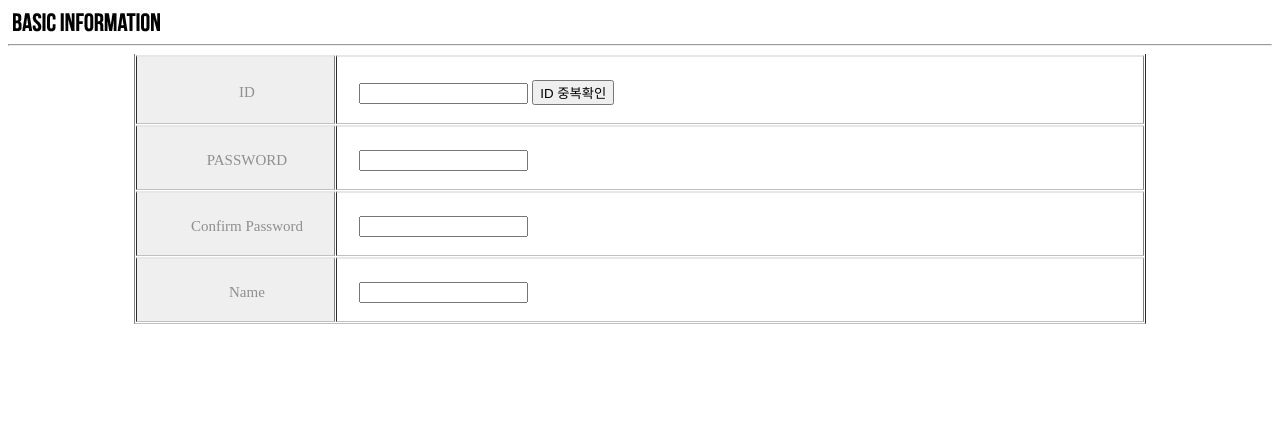
Repository: kminjoo/Making-website-using-JSP
Page: http://localhost/website_project/Register.jsp
The author's editor kept a copy of each file at every save. The page is drawn from the files as they stood at one save, then again after the next save.
The browser window is 1280 px wide. The pictures show the whole page.
The page is served by Tomcat 9.

Above is the page before, as saved 2015-07-21 14:09:00.

After the next save:
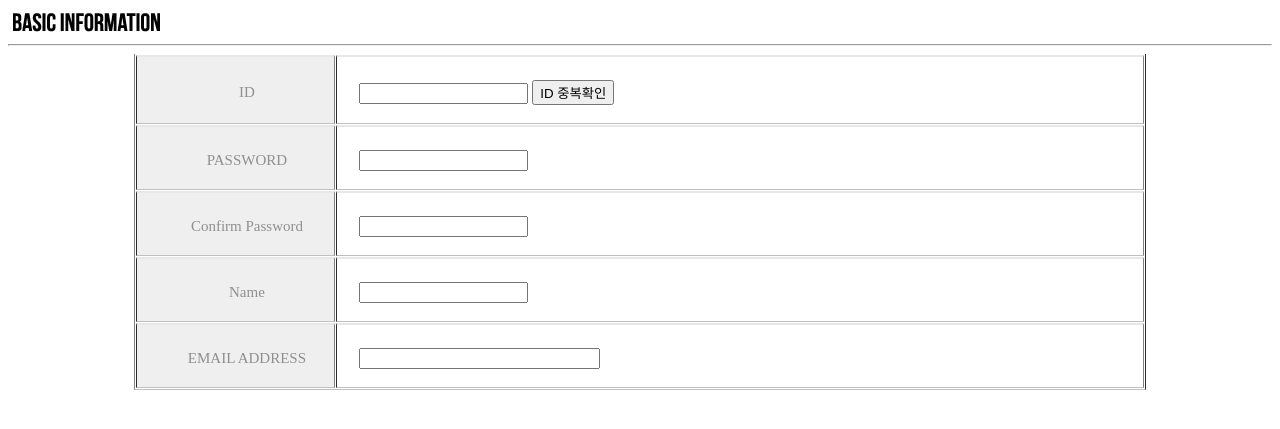
Saved 74 s later.
--- a/website_project/WebContent/Register.jsp
+++ b/website_project/WebContent/Register.jsp
@@ -31,6 +31,10 @@
 		<td width="13%" align="center" bgcolor="#EFEFEF">Name</td>
 		<td width="60%"><input type="text" name="mem_name" size="18">
 	</tr>
+	<tr>
+		<td width="13%" align="center" bgcolor="#EFEFEF">EMAIL ADDRESS</td>
+		<td width="60%"><input type="text" name="mem_email" size="27">
+	</tr>
 
 </table>
 </form>
